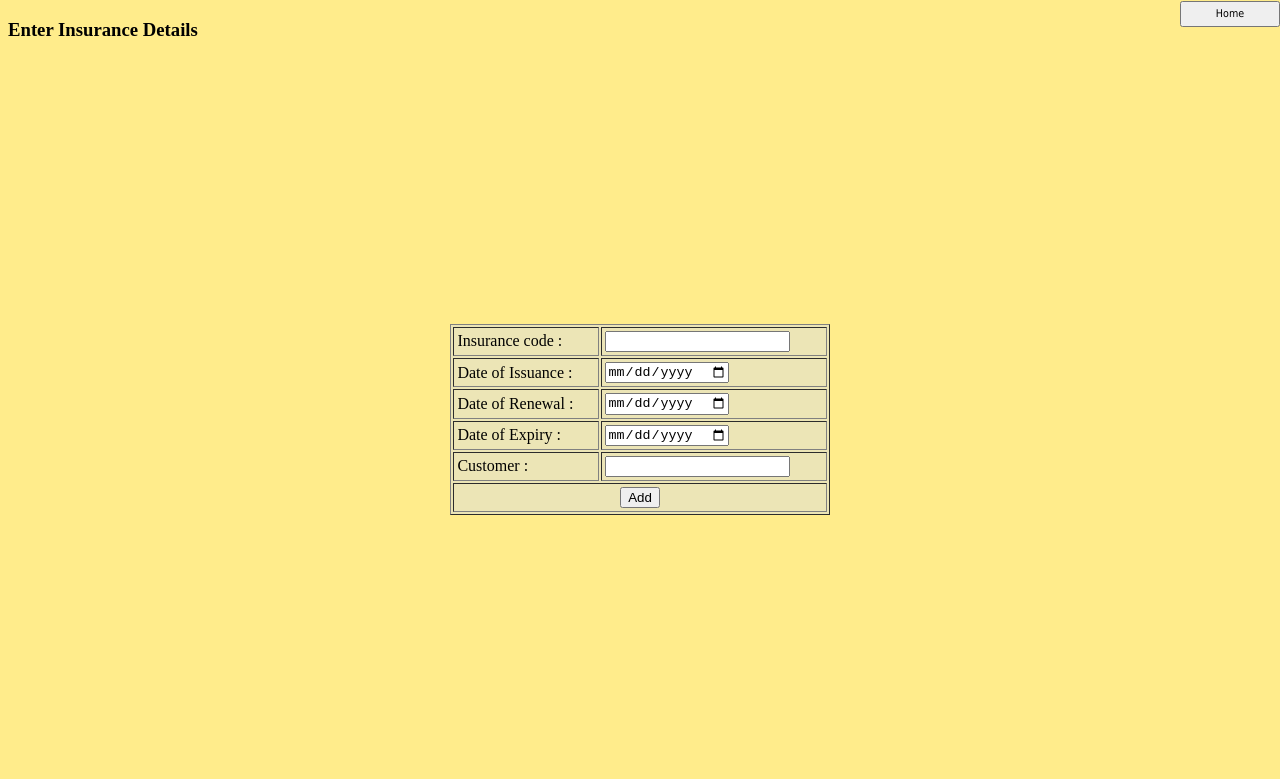
Repository: ankitasha/HomeProject
Page: http://localhost/insurance/WEB-INF/views/addinsurance.jsp
The author's editor kept a copy of each file at every save. The page is drawn from the files as they stood at one save, then again after the next save.
The browser window is 1280 px wide. The pictures show the whole page.
The page is served by Tomcat 9. Nobody is signed in. Other server files are loaded and not shown. The template is opened directly, without the code that normally fills it, so the values that code supplies are empty.

Above is the page before, as saved 2017-05-05 08:58:05.

### insurance/src/main/webapp/WEB-INF/views/addinsurance.jsp
<%@ page language="java" contentType="text/html; charset=ISO-8859-1"
    pageEncoding="ISO-8859-1"%>
<!DOCTYPE html PUBLIC "-//W3C//DTD HTML 4.01 Transitional//EN" "http://www.w3.org/TR/html4/loose.dtd">
<html>
<head>
<meta http-equiv="Content-Type" content="text/html; charset=ISO-8859-1">
<title>Add Insurance</title>
<style type="text/css">

#button {
     line-height: 12px;
     padding:5px;
     width: 100px;
     font-size: 8pt;
     font-family: tahoma;
     margin-top: 1px;
     margin-right: 0px;
     position:absolute;
     top:0;
     right:0;
 }

 #menu {
     line-height: 12px;
     padding:5px;
     width: 100px;
     font-size: 8pt;
     font-family: tahoma;
     margin-top: 1px;
     margin-right: 120px;
     position:absolute;
     top:0;
     right:0;
 }

   html, body {
    height: 100%;
  }
  #tableContainer-1 {
    height: 100%;
    width: 100%;
    display: table;
  }
  #tableContainer-2 {
    vertical-align: middle;
    display: table-cell;
    height: 100%;
  }
  #myTable {
    margin: 0 auto;
  }
</style>
</head>
<h3>Enter Insurance Details</h3>
<body style="background-color: #FFEC8B">
	  <div id="tableContainer-1">
  	    <div id="tableContainer-2">
          <form method="post" action="addInsurance">
             <center>
               <table id="myTable" border="1" width="30%" cellpadding="3" style="background-color: #ECE5B6;" WIDTH="30%">

                    <tr>
                        <td> Insurance code : </td><td><input name="insurancecode"  /> </td>
                    </tr>
                    <tr>
                        <td> Date of Issuance : </td><td> <input type="date" name="dateOfIssuance" /> </td>
                    </tr>
                    <tr>
                        <td> Date of Renewal : </td><td> <input type="date"  name="dateOfRenewal" /> </td>
                    </tr>
                     <tr>
                        <td> Date of Expiry : </td><td> <input type="date" name="dateOfExpiry" /> </td>
                    </tr>
                    <tr>
                        <td> Customer : </td><td><input name="customer"  /> </td>
                    </tr>
                    <tr>
                      <td colspan="2" align="center"><input type="submit" value="Add" /></td>
                    </tr>
              </table>
            </center>
        </form>
        <form method="get" action="homepage">
   			 <button id="button" type="submit">Home</button>
		</form>
</body>
</html>

After the next save:
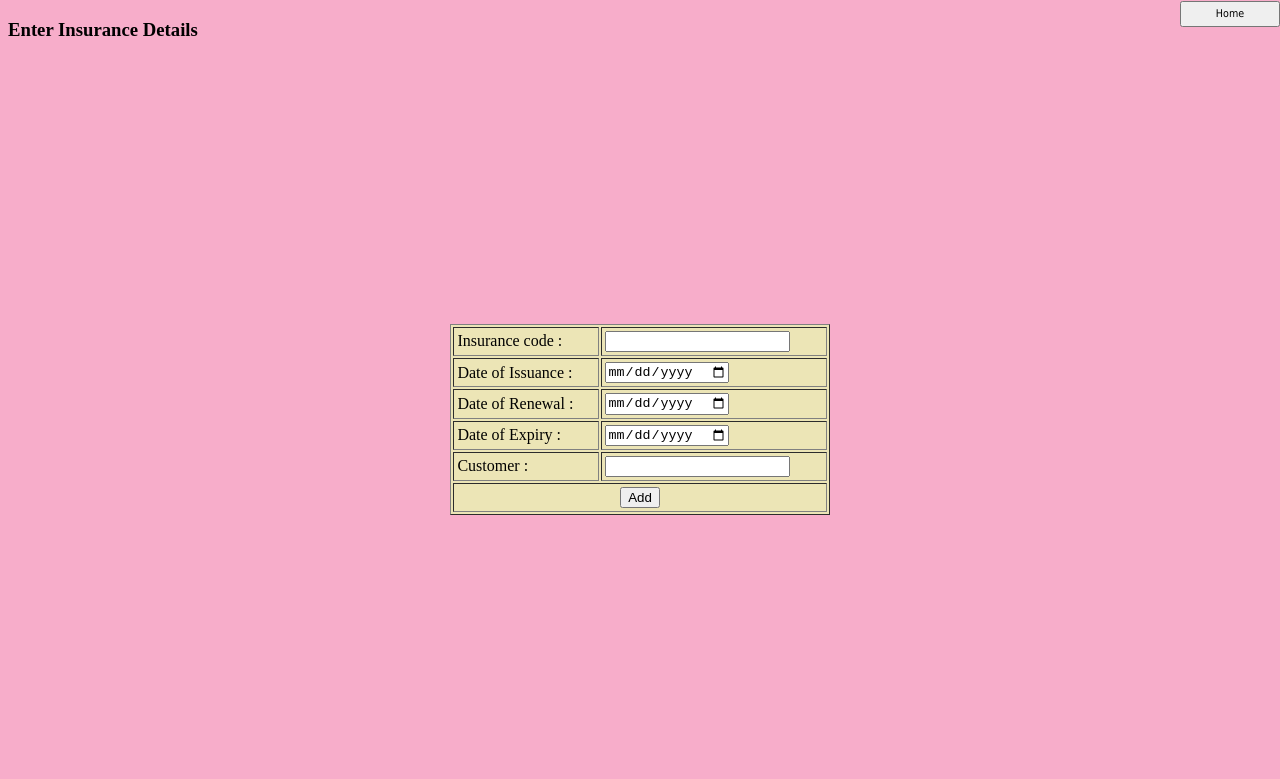
Saved 31 s later.
--- a/insurance/src/main/webapp/WEB-INF/views/addinsurance.jsp
+++ b/insurance/src/main/webapp/WEB-INF/views/addinsurance.jsp
@@ -52,7 +52,7 @@
 </style>
 </head>
 <h3>Enter Insurance Details</h3>
-<body style="background-color: #FFEC8B">
+<body style="background-color: #f7adca">
 	  <div id="tableContainer-1">
   	    <div id="tableContainer-2">
           <form method="post" action="addInsurance">
